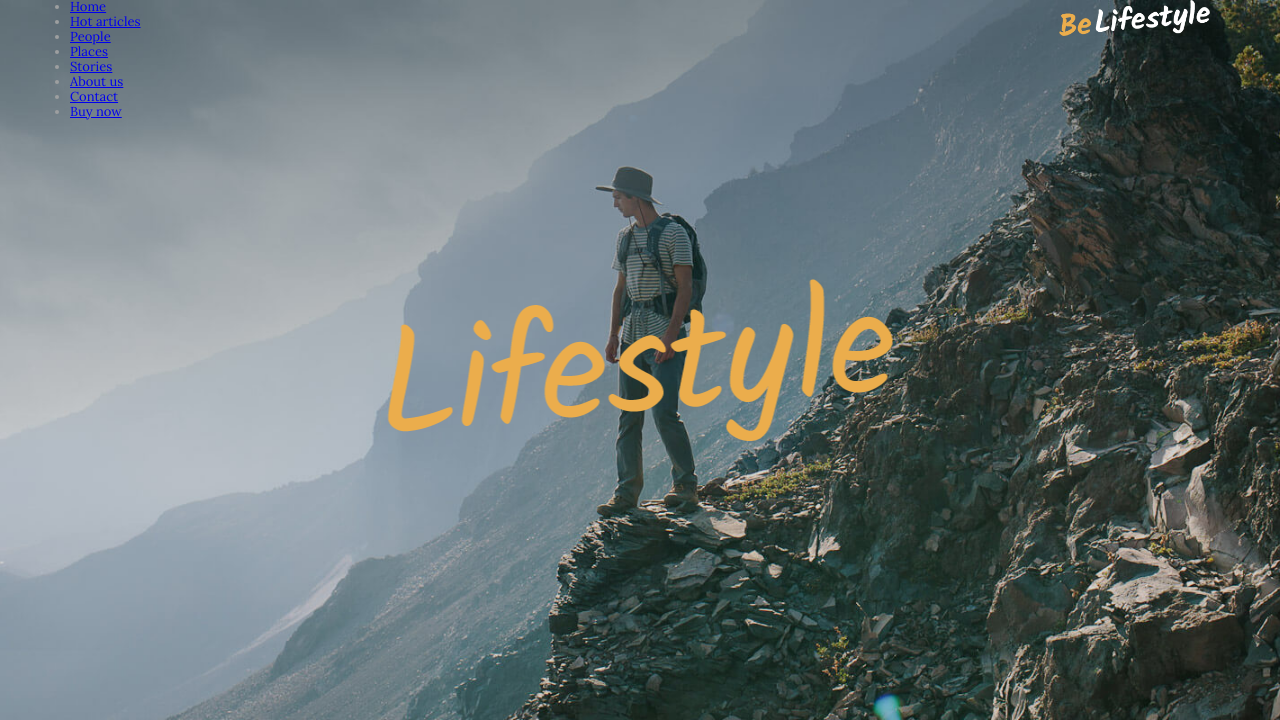
Repository: MalgorzataMazur/BeLife
Page: index.html
The author's editor kept a copy of each file at every save. The page is drawn from the files as they stood at one save, then again after the next save.
The browser window is 1280 px wide. The pictures show the whole page.

Above is the page before, as saved 2019-10-30 11:26:27.

After the next save:
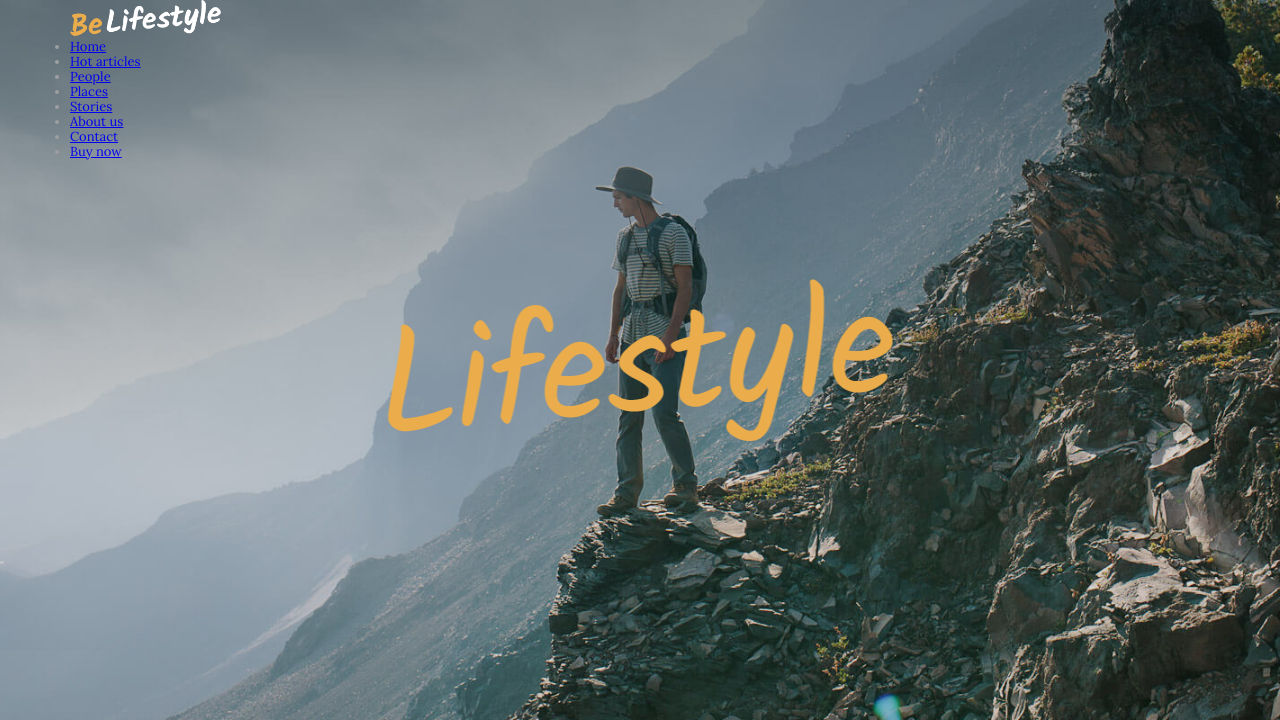
Saved 19 s later.
--- a/resources/css/style.css
+++ b/resources/css/style.css
@@ -46,5 +46,6 @@ header {
 .logo {
     height: 36px;
     width: auto;
-    float: right;
+    float: none;
+
 }
